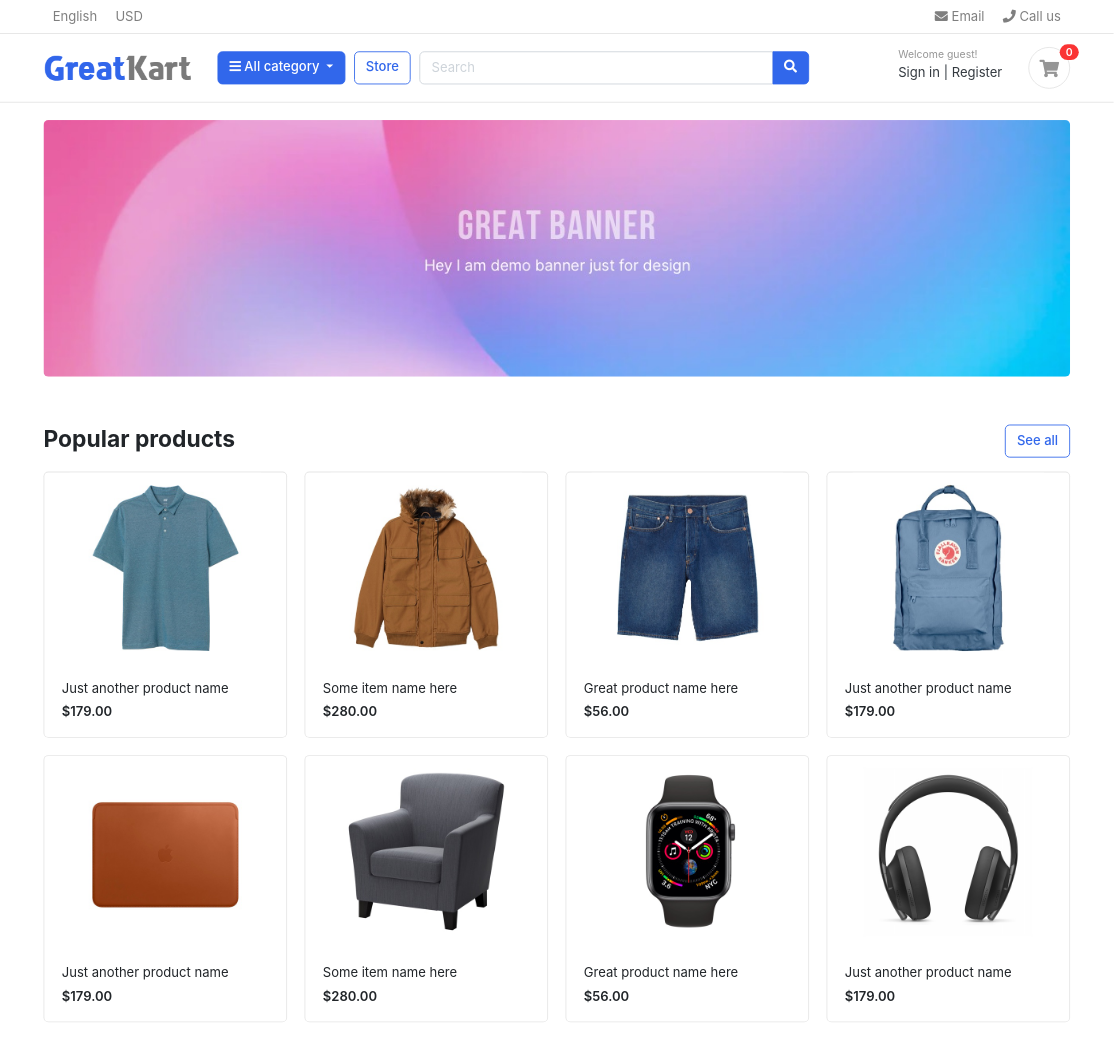
Repository: deesumishra/greatkartpro
Page: http://localhost/
An editor plug-in stored every save of this project. The page is shown before and after the next save, followed by the edit.
The browser window is 1280 px wide. The pictures show the whole page, at 87% of full size.
Some web fonts or font styles are not loaded; a fallback is used. The page is served by the project's application, run on Django 5.2 (manage.py).

Above is the page before, as saved 2024-04-10 14:13:34.

After the next save:
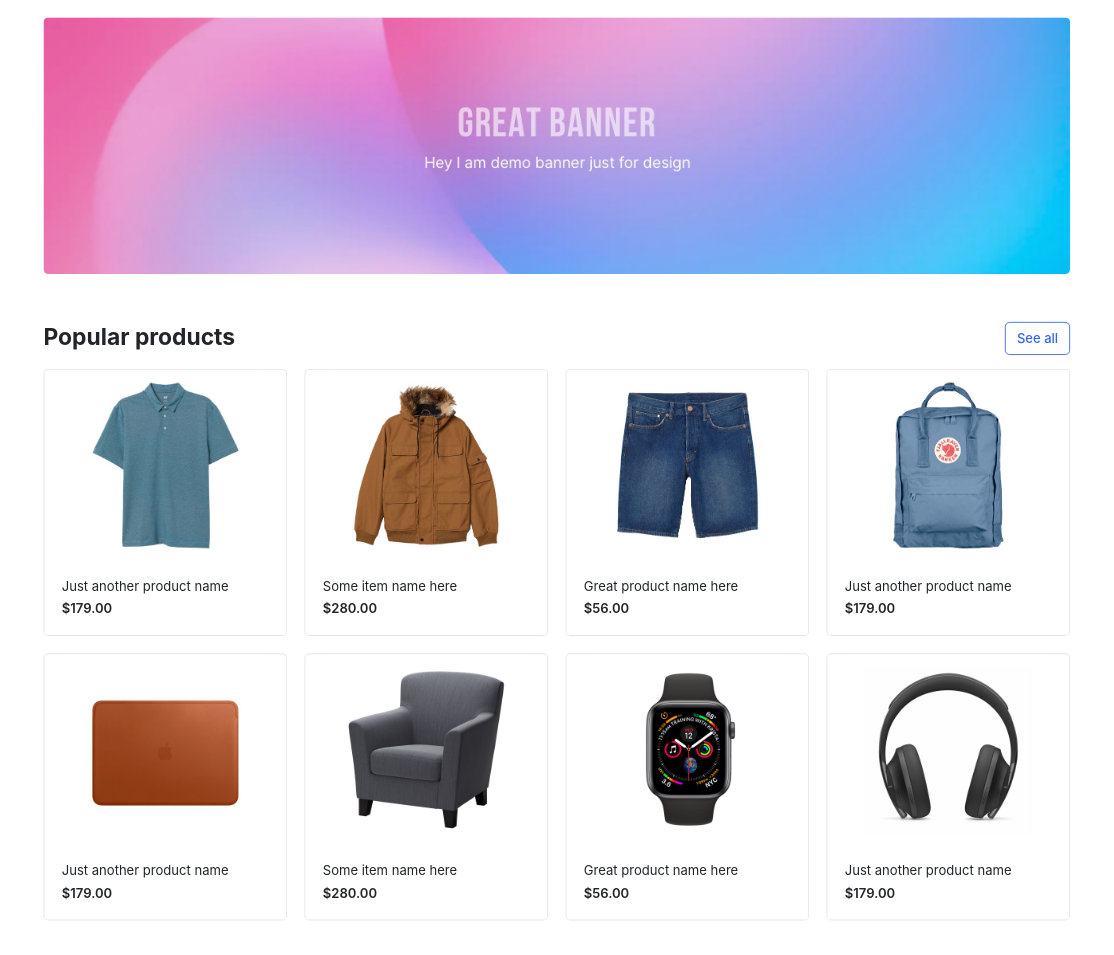
Saved 2 min 14 s later.
--- a/templates/base.html
+++ b/templates/base.html
@@ -41,90 +41,6 @@ $(document).ready(function() {
 
 </head>
 <body>
-<header class="section-header">
-<nav class="navbar p-md-0 navbar-expand-sm navbar-light border-bottom">
-<div class="container">
-  <button class="navbar-toggler" type="button" data-toggle="collapse" data-target="#navbarTop4" aria-controls="navbarNav" aria-expanded="false" aria-label="Toggle navigation">
-    <span class="navbar-toggler-icon"></span>
-  </button>
-  <div class="collapse navbar-collapse" id="navbarTop4">
-    <ul class="navbar-nav mr-auto">
-    	<li class="nav-item dropdown">
-		 	<a href="#" class="nav-link">   English </a>
-
-		</li>
-		<li class="nav-item dropdown">
-			<a href="#" class="nav-link"> USD </a>
-		</li>
-    </ul>
-    <ul class="navbar-nav">
-		<li><a href="#" class="nav-link"> <i class="fa fa-envelope"></i> Email </a></li>
-		<li><a href="#" class="nav-link"> <i class="fa fa-phone"></i> Call us </a></li>
-	</ul> <!-- list-inline //  -->
-  </div> <!-- navbar-collapse .// -->
-</div> <!-- container //  -->
-</nav>
-
-<section class="header-main border-bottom">
-	<div class="container">
-<div class="row align-items-center">
-	<div class="col-lg-2 col-md-3 col-6">
-		<a href="./" class="brand-wrap">
-			<img class="logo" src="{% static './images/logo.png' %}">
-		</a> <!-- brand-wrap.// -->
-	</div>
-	<div class="col-lg col-sm col-md col-6 flex-grow-0">
-		<div class="category-wrap dropdown d-inline-block float-right">
-			<button type="button" class="btn btn-primary dropdown-toggle" data-toggle="dropdown">
-				<i class="fa fa-bars"></i> All category
-			</button>
-			<div class="dropdown-menu">
-				<a class="dropdown-item" href="#">Machinery / Mechanical Parts / Tools </a>
-				<a class="dropdown-item" href="#">Consumer Electronics / Home Appliances </a>
-				<a class="dropdown-item" href="#">Auto / Transportation</a>
-				<a class="dropdown-item" href="#">Apparel / Textiles / Timepieces </a>
-				<a class="dropdown-item" href="#">Home & Garden / Construction / Lights </a>
-				<a class="dropdown-item" href="#">Beauty & Personal Care / Health </a>
-			</div>
-		</div>  <!-- category-wrap.// -->
-	</div> <!-- col.// -->
-	<a href="./store.html" class="btn btn-outline-primary">Store</a>
-	<div class="col-lg  col-md-6 col-sm-12 col">
-		<form action="#" class="search">
-			<div class="input-group w-100">
-			    <input type="text" class="form-control" style="width:60%;" placeholder="Search">
-
-			    <div class="input-group-append">
-			      <button class="btn btn-primary" type="submit">
-			        <i class="fa fa-search"></i>
-			      </button>
-			    </div>
-		    </div>
-		</form> <!-- search-wrap .end// -->
-	</div> <!-- col.// -->
-	<div class="col-lg-3 col-sm-6 col-8 order-2 order-lg-3">
-				<div class="d-flex justify-content-end mb-3 mb-lg-0">
-					<div class="widget-header">
-						<small class="title text-muted">Welcome guest!</small>
-						<div>
-							<a href="./signin.html">Sign in</a> <span class="dark-transp"> | </span>
-							<a href="./register.html"> Register</a>
-						</div>
-					</div>
-					<a href="./cart.html" class="widget-header pl-3 ml-3">
-						<div class="icon icon-sm rounded-circle border"><i class="fa fa-shopping-cart"></i></div>
-						<span class="badge badge-pill badge-danger notify">0</span>
-					</a>
-				</div> <!-- widgets-wrap.// -->
-			</div> <!-- col.// -->
-</div> <!-- row.// -->
-	</div> <!-- container.// -->
-</section> <!-- header-main .// -->
-
-
-
-
-</header> <!-- section-header.// -->
 
 	{% block content %}
 	{% endblock %}
